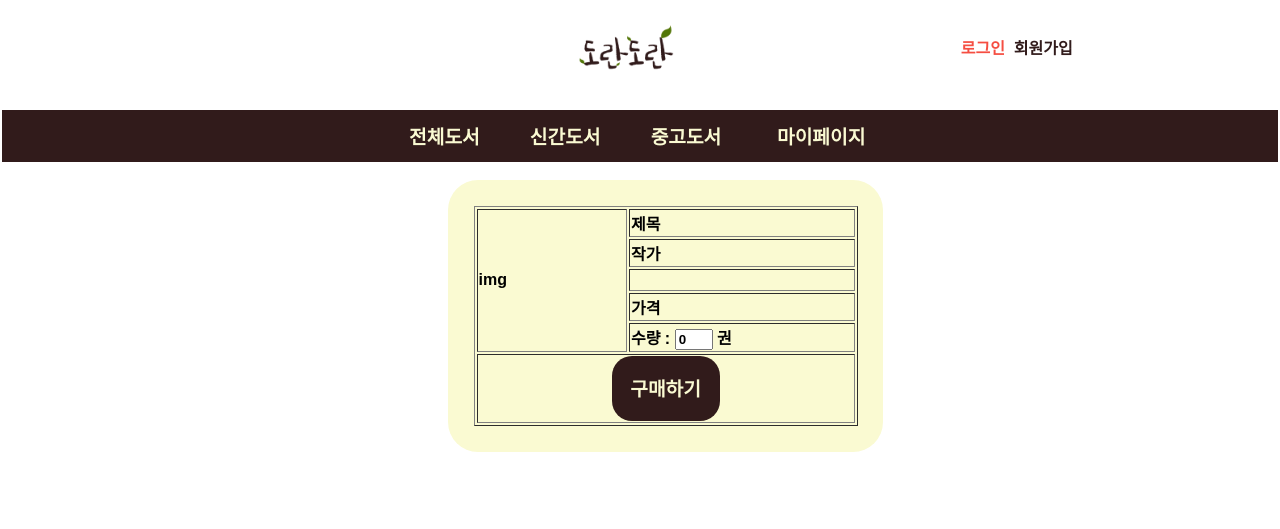
Repository: juhyun110701/DORANDORAN
Page: http://localhost/dorandoran/bookView.jsp
These files come from the project's save history. The page is drawn as it stood at one moment and after the next save; the edit follows.
The browser window is 1280 px wide. The pictures show the whole page.
Some web fonts or font styles are not loaded; a fallback is used. The page is served by Tomcat 9.

Above is the page before, as saved 2019-07-31 12:31:37.

After the next save:
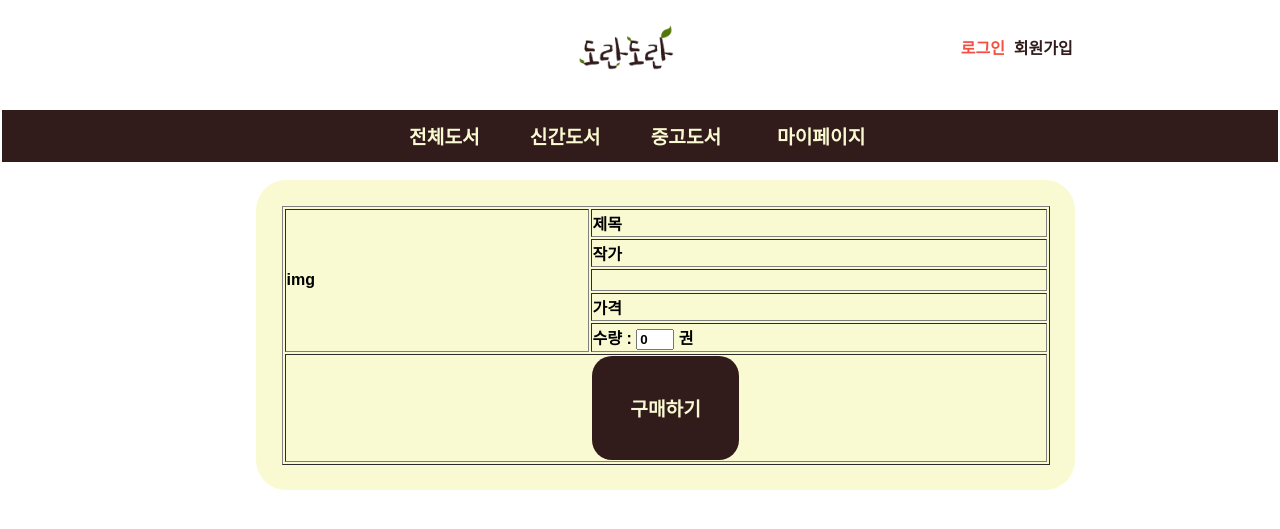
Saved 28 s later.
--- a/dorandoran/WebContent/css/bookView.css
+++ b/dorandoran/WebContent/css/bookView.css
@@ -19,8 +19,8 @@ a{
 #box{
     background-color:lightgoldenrodyellow;
     border-radius:30px;
-    width:30%;
-    margin-left: 35%;
+    width:60%;
+    margin-left: 20%;
     padding:2%;
 }
 
